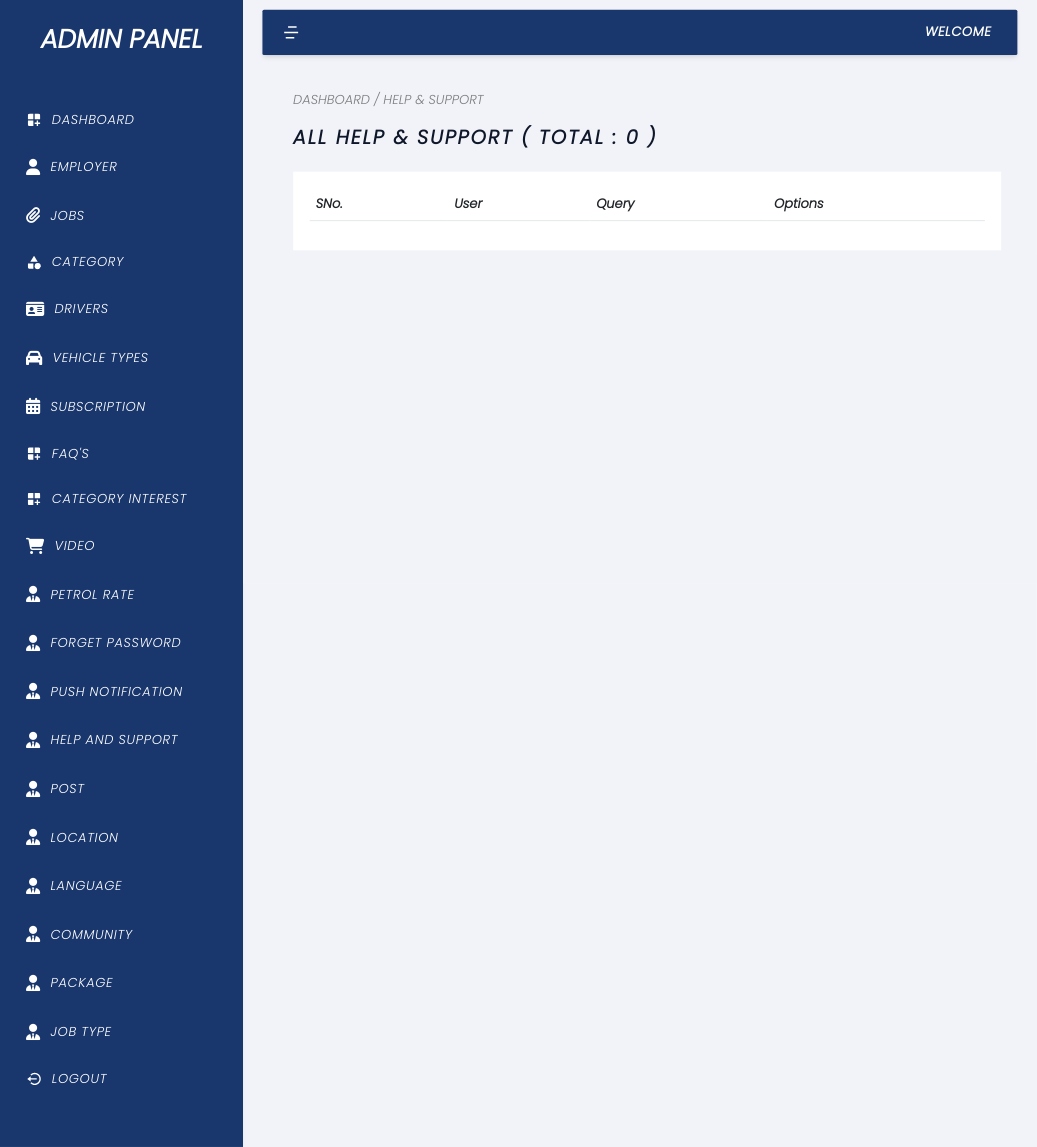
Repository: FlyweisReact/Grish-Job-Panel
Page: /help_support
These files come from the project's save history. The page is drawn as it stood at one moment and after a run of saves; the edit follows.
The browser window is 1280 px wide. The pictures show the whole page, at 81% of full size.
The page's requests for data from a server got no answer. Some web libraries are served in a nearby version. The project was rebuilt for these pictures with package versions that can differ from the ones it lists, and the page was loaded fresh each time. No one was signed in, and anything a server would have sent is missing. Also part of the build but not shown: src/E-CommerceAdmin/forms/Login.jsx, src/Repository/Employer.js, src/E-CommerceAdmin/pages/Dashboard.jsx, src/E-CommerceAdmin/pages/EAdminOrders.js, src/E-CommerceAdmin/pages/ESubCategory.js, src/E-CommerceAdmin/pages/PushNotification.js, src/E-CommerceAdmin/pages/Component/Filter.js, src/E-CommerceAdmin/pages/Component/Heading.js and 18 more.

Above is the page before, as saved 2023-07-03 15:05:40.

After the next 7 saves:
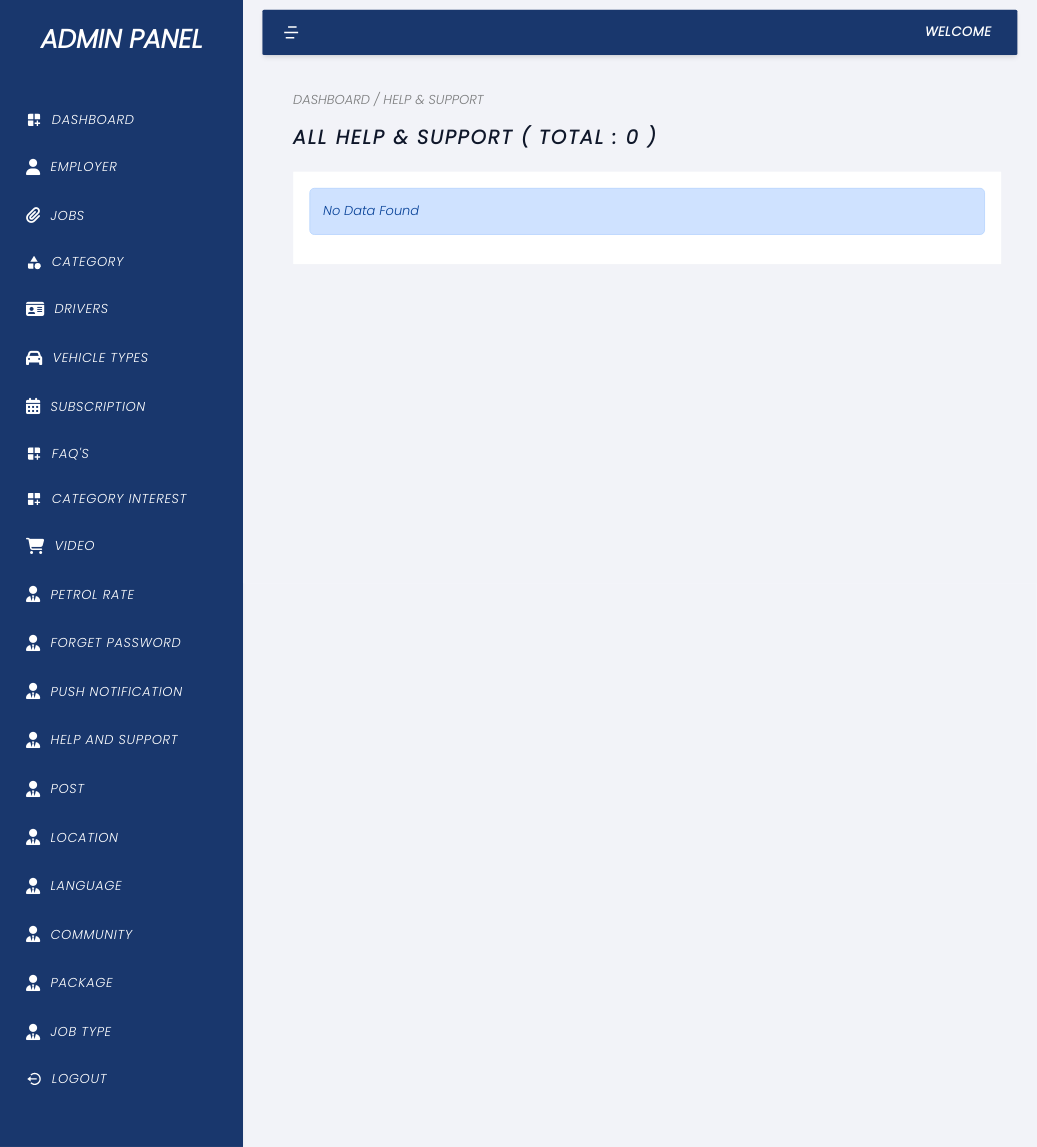
The 7 saves are shown as one change because 1 did not build or start and some came seconds apart.
The last was saved 50 s later.
--- a/src/E-CommerceAdmin/pages/Help.js
+++ b/src/E-CommerceAdmin/pages/Help.js
@@ -2,7 +2,7 @@
 
 import React, { useEffect, useState } from "react";
 import HOC from "../layout/HOC";
-import { Table  } from "react-bootstrap";
+import { Alert, Table } from "react-bootstrap";
 import { toast } from "react-toastify";
 import axios from "axios";
 
@@ -53,33 +53,37 @@ const Help = () => {
         </div>
 
         <section className="sectionCont">
-          <div className="overFlowCont">
-            <Table>
-              <thead>
-                <tr>
-                  <th>SNo.</th>
-                  <th>User</th>
-                  <th>Query</th>
-                  <th>Options</th>
-                </tr>
-              </thead>
-              <tbody>
-                {data?.map((i, index) => (
-                  <tr key={index}>
-                    <td> #{index + 1} </td>
-                    <td>{i.user?.name}</td>
-                    <td>{i.query}</td>
-                    <td>
-                      <i
-                        className="fa-sharp fa-solid fa-trash"
-                        onClick={() => deleteHandler(i._id)}
-                      ></i>
-                    </td>
+          {data?.length === 0 || !data ? (
+            <Alert>No Data Found</Alert>
+          ) : (
+            <div className="overFlowCont">
+              <Table>
+                <thead>
+                  <tr>
+                    <th>SNo.</th>
+                    <th>User</th>
+                    <th>Query</th>
+                    <th>Options</th>
                   </tr>
-                ))}
-              </tbody>
-            </Table>
-          </div>
+                </thead>
+                <tbody>
+                  {data?.map((i, index) => (
+                    <tr key={index}>
+                      <td> #{index + 1} </td>
+                      <td>{i.user?.name}</td>
+                      <td>{i.query}</td>
+                      <td>
+                        <i
+                          className="fa-sharp fa-solid fa-trash"
+                          onClick={() => deleteHandler(i._id)}
+                        ></i>
+                      </td>
+                    </tr>
+                  ))}
+                </tbody>
+              </Table>
+            </div>
+          )}
         </section>
       </section>
     </>
